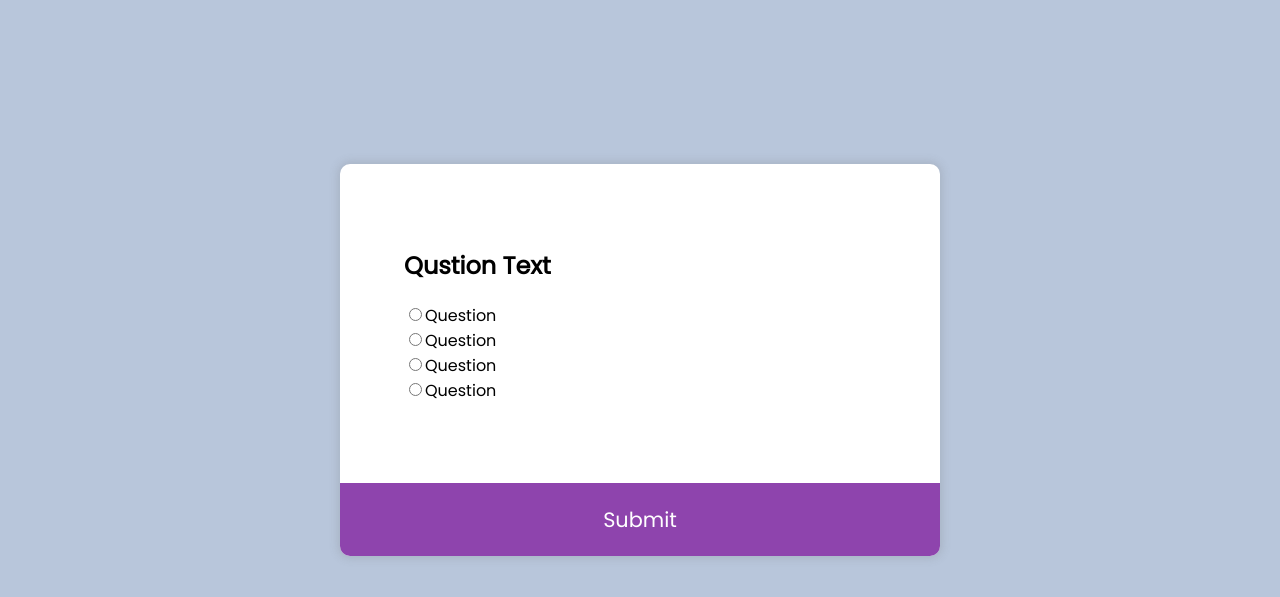
Repository: Abhi2359/Intermediate-projects
Page: Quiz App/index.html
An editor plug-in stored every save of this project. The page is shown before and after the next save, followed by the edit.
The browser window is 1280 px wide. The pictures show the whole page.

Above is the page before, as saved 2023-01-31 14:19:37.

After the next save:
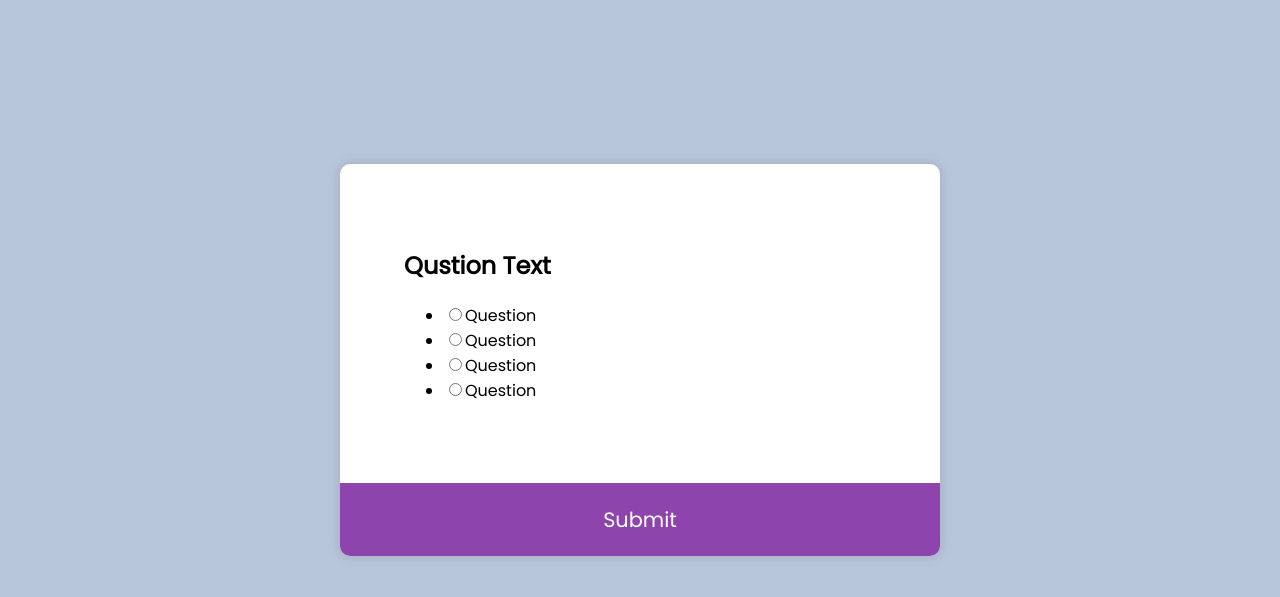
Saved 32 s later.
--- a/Quiz App/style.css
+++ b/Quiz App/style.css
@@ -29,6 +29,7 @@
  .quiz-header{
    padding: 4rem;
  }
+ h2
 
  ul{
   list-style-type: none;

After the save that followed:
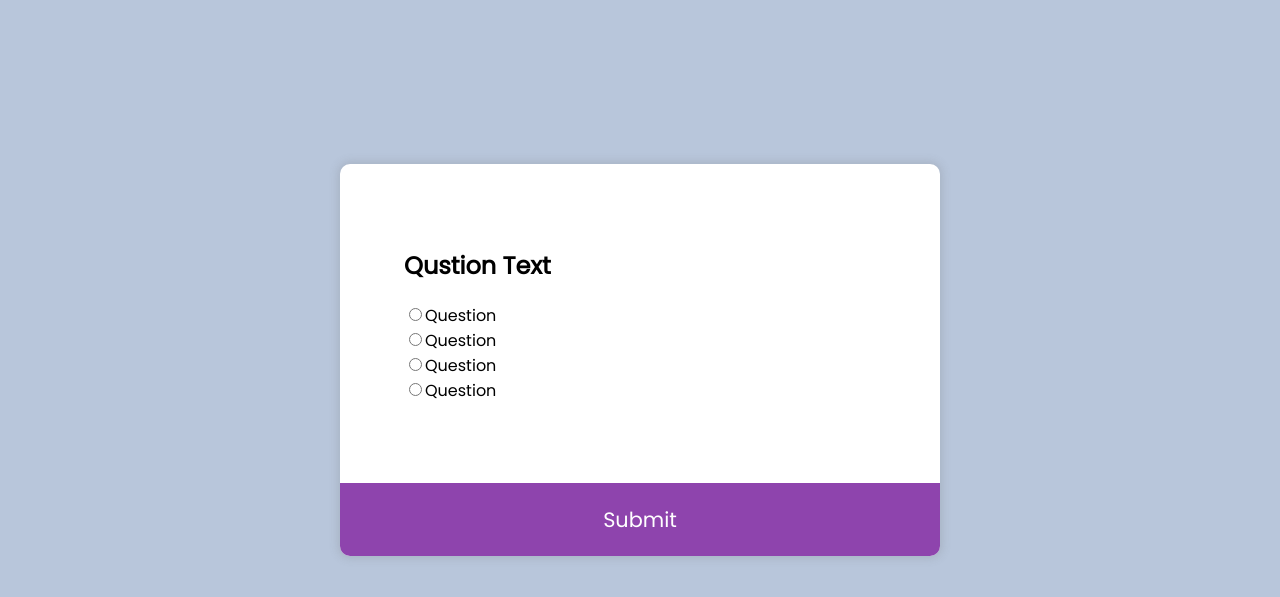
Saved 4 s later.
--- a/Quiz App/style.css
+++ b/Quiz App/style.css
@@ -29,7 +29,9 @@
  .quiz-header{
    padding: 4rem;
  }
- h2
+ h2{
+  masrgi
+ }
 
  ul{
   list-style-type: none;
